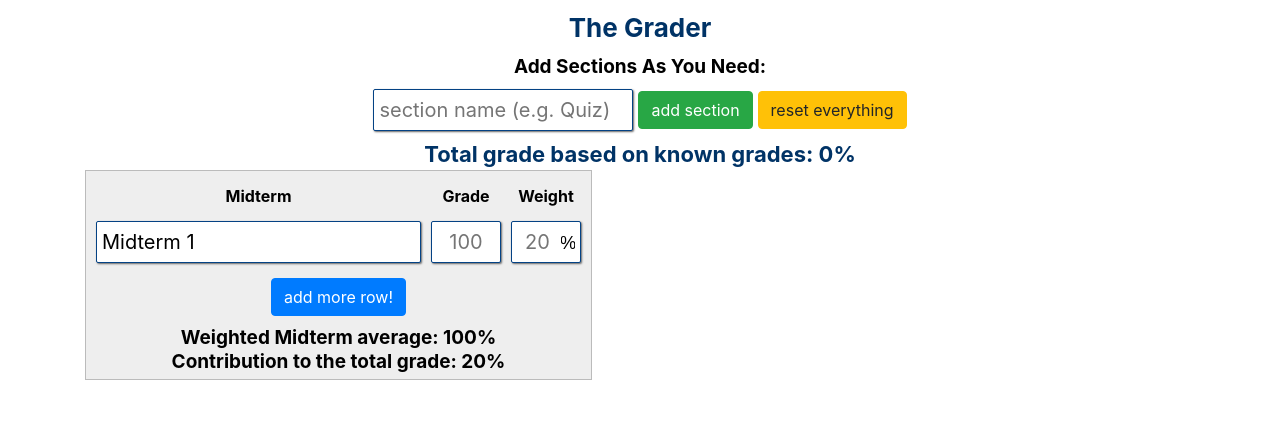
Repository: BarishNamazov/BarishNamazov.github.io
Page: thegrader/index.html
These files come from the project's save history. The page is drawn as it stood at one moment and after the next save; the edit follows.
The browser window is 1280 px wide. The pictures show the whole page.

Above is the page before, as saved 2020-10-31 19:48:37.

### thegrader/index.html
<!doctype html>
<html lang="en">
  <head>
    <meta charset="utf-8">
    <meta name="viewport" content="width=device-width, initial-scale=1, shrink-to-fit=no">

    <!-- Bootstrap CSS -->
    <link rel="stylesheet" href="https://cdn.jsdelivr.net/npm/bootstrap@4.5.3/dist/css/bootstrap.min.css" integrity="sha384-TX8t27EcRE3e/ihU7zmQxVncDAy5uIKz4rEkgIXeMed4M0jlfIDPvg6uqKI2xXr2" crossorigin="anonymous">

    <!-- Custon CSS -->
    <link rel="stylesheet" href="app.css">

    <title>The Grader</title>
  </head>
  <body>
    <div class="container">
      <div class="row">
        <div class="col-lg-12">
          <h1>The Grader</h1>

          <h3>Add Sections As You Need:</h3>

          <div class="divSectionAdder">
            <input type="text" class="sectionName" placeholder="section name (e.g. Quiz)"><button valign="center" class="btn btn-success sectionAdder" id="sectionAdder">add section</button><button style="margin-left: 5px" valign="center" class="btn btn-warning resetter">reset everything</button>
          </div>

          <div id="totalGrade">
            <h2>Total grade based on known grades: <span class="onlyKnownGrades">0</span>%</h2>
          </div>

          <table class="gradePanel">
            <tbody>
              <tr>
                <td>
                  <table>
                    <tbody>
                      <tr class="rowHeader">
                        <td class="tableHeader tableName"><strong>Midterm</strong></td>
                        <td class="tableHeader"><strong>Grade</strong></td>
                        <td class="tableHeader"><strong>Weight</strong></td>
                      </tr>
                      <tr>
                        <td><input type="text" class="gradeName" value="Midterm 1"></td>
                        <td><input type="text" class="gradeValue" placeholder="100"></td>
                        <td><input type="text" class="gradeWeight percentIcon" placeholder="20"></td>
                      </tr>
                    </tbody>
                  </table>

                  <div class="moreRows"></div>

                  <button class="btn btn-primary rowAdder" id="section1RowAdder">add more row!</button>

                  <div class="gradeBar">
                    <h3>
                      Weighted <span class="nameOfSection">Midterm</span> average: <span class="sectionAverage">100</span>%
                      <br>
                      Contribution to the total grade: <span class="sectionContribution">20</span>%
                      <div class="failSafe">
                        You might have some errors while entering the grades and weights as numbers. Those grades are ignored.
                      </div>
                    </h3>
                  </div>

                </td>
              </tr>
            </tbody>
          </table>
          <div class="moreSections"></div>
        </div>
      </div>
    </div>



    <script src="https://code.jquery.com/jquery-3.5.1.slim.min.js" integrity="sha384-DfXdz2htPH0lsSSs5nCTpuj/zy4C+OGpamoFVy38MVBnE+IbbVYUew+OrCXaRkfj" crossorigin="anonymous"></script>
    <script src="https://cdn.jsdelivr.net/npm/bootstrap@4.5.3/dist/js/bootstrap.bundle.min.js" integrity="sha384-ho+j7jyWK8fNQe+A12Hb8AhRq26LrZ/JpcUGGOn+Y7RsweNrtN/tE3MoK7ZeZDyx" crossorigin="anonymous"></script>
    <script src="https://code.jquery.com/jquery-3.5.1.min.js" integrity="sha256-9/aliU8dGd2tb6OSsuzixeV4y/faTqgFtohetphbbj0=" crossorigin="anonymous"></script>
    <script src="scripts.js"></script>
  </body>
</html>

### thegrader/app.css
body,p,td,div,input,th,li,textarea{font-size:16px;color:#000;}

body{background:#fff;margin:0px;padding:0px;border:0;text-align: center;}

h1 {
  text-align: center;
  color: blue;
}
.divSectionAdder{
  margin: 10px auto;
  display: flex;
  align-items: center;
  justify-content: center;
}
.sectionName{
  margin-right: 5px;
  width: 260px;
}
.gradePanel{
	background:#eee;
	border: solid 1px #bbbbbb;
  padding: 10px;
  margin-bottom: 10px;
  width: 40%;
}
.failSafe{
  color: rgb(122, 5, 5);
  display: none;
}
td{
  padding: 5px;
}

h1{color:#003366;font-size:26px;font-weight:bold;padding:0;margin:12px 0;}
#resulth1{background-color:#ffefe7;padding:0px 5px 0px 5px;border-top:#930 1px dotted;}
h2{font-size:22px;font-weight:bold;color:#003366;padding:0; margin-bottom: 2px;}
h3{font-size:19px;font-weight:bold;}
hr{border:0;color:#aaa;background-color:#aaa;height:1px;}
a{color:#069;text-decoration:underline;}
a:hover{text-decoration:none;}
input{padding: 5px;color:#000;}
select{padding: 4px;color:#000;}
option{font-size:16px;}
input[type=text],
input[type=number],
select {
	border: 1px solid #044284;
	border-radius: 2px;
	box-shadow: 1px 1px 2px #666;
	font-size:20px;
}

.tableHeader{
  text-align: center;
}
.rowHeader{
  height: 40px;
}
.gradeWeight, .gradeValue{
  text-align:center;
  width: 70px;
}
.percentIcon{
	background: white url('media/percent.svg') right 5px center no-repeat;
  padding-right: 22px;
}
.rowAdder{
  margin: 10px auto;
}
h3{
  display: inline;
}

### thegrader/scripts.js
var newRow = "<table><tbody><tr><td><input type=\"text\" class=\"gradeName\" value=\"Midterm X\" autocomplete=\"off\"></td><td><input type=\"text\" class=\"gradeValue\"></td><td><input type=\"text\" class=\"gradeWeight percentIcon\"></td></tr></tbody></table>\n ";

var newSection = "<table class=\"gradePanel\"> <tbody> <tr> <td> <table> <tbody> <tr class=\"rowHeader\"> <td class=\"tableHeader tableName\"><strong>Midterm</strong></td> <td class=\"tableHeader\"><strong>Grade</strong></td> <td class=\"tableHeader\"><strong>Weight</strong></td> </tr> <tr> <td><input type=\"text\" class=\"gradeName\" value=\"Midterm 1\" autocomplete=\"off\"></td> <td><input type=\"text\" class=\"gradeValue\" placeholder=\"100\"></td> <td><input type=\"text\" class=\"gradeWeight percentIcon\" placeholder=\"20\"></td> </tr> </tbody> </table> <div class=\"moreRows\"></div> <button class=\"btn btn-primary rowAdder\">add more row!</button>  <div class=\"gradeBar\"> <h3> Weighted <span class=\"nameOfSection\">Midterm</span> average: <span class=\"sectionAverage\">100</span>% <br> Contribution to the total grade: <span class=\"sectionContribution\">20</span>% <div class=\"failSafe\"> You might have some errors while entering the grades and weights as numbers. Those grades are ignored. </div> </h3> </div>  </td> </tr> </tbody> </table>";

$(".resetter").on("click", function(){
  location.reload(true);
});
$(".failSafe").hide();

if (!String.prototype.splice) {
  String.prototype.splice = function(start, delCount, newSubStr) {
      return this.slice(0, start) + newSubStr + this.slice(start + Math.abs(delCount));
  };
}

var sectionCount = 1;

function rowAdder(){
  var idx = $(this).parents(".gradePanel").find("table").length + 1;
  var namePanel = $(this).parents(".gradePanel").find(".tableName").text();
  var editedRow = newRow.replace("Midterm X", namePanel + " " + idx);
  $(this).parents(".gradePanel").find(".moreRows").before(editedRow);
  $(".gradeValue").change(updateSectionGrade);
  $(".gradeWeight").change(updateSectionGrade);
}
$(".rowAdder").on("click", rowAdder);

function sectionAdder(dir){
  var x = (typeof dir == "string") ? $(dir) : $(this);
  var sectionInputName = $(".sectionName").val();
  if (!sectionInputName) return;
  var editedSection = newSection.replaceAll("Midterm", sectionInputName);
  $(".moreSections").before(editedSection);
  $(".rowAdder").eq(sectionCount++).on("click", rowAdder);
  $(".sectionName").val(null);
  $(".gradeValue").change(updateSectionGrade);
  $(".gradeWeight").change(updateSectionGrade);
}


$(".sectionAdder").on("click", sectionAdder);
$(".sectionName").on("keypress", function(e) {
  if (e.which == 13) {
    sectionAdder(".sectionName");
  }
})

function updateSectionGrade() {
  var section = $(this).parents(".gradePanel");
  var grades = section.find(".gradeValue"), weights = section.find(".gradeWeight");
  var contribution = 0.0, failSafe = 0, weightSum = 0.0, sectionAverage = 0.0;
  section.find("input").attr("placeholder", "");
  for (var i = 0; i < grades.length; i++) {
    if (Number(grades[i].value) && Number(weights[i].value)) {
      weightSum += Number(weights[i].value);
      contribution += Number(grades[i].value) * Number(weights[i].value) / 100.0;
    } else if (isNaN(Number(grades[i].value)) || isNaN(Number(weights[i].value))) {
      failSafe = 1;
    }
  }
  for (var i = 0; i < grades.length; i++) {
    if (Number(grades[i].value) && Number(weights[i].value)) {
      sectionAverage += Number(grades[i].value) * Number(weights[i].value) / weightSum;
    }
  }
  if (failSafe) {
    section.find(".failSafe").show();
  } else {
    section.find(".failSafe").hide();
  }
  section.find(".sectionContribution").text(contribution.toFixed(2));
  section.find(".sectionAverage").text(sectionAverage.toFixed(2));
}
function calculateTotalGrade() {
  var grades = $(document).find("gradeValue"), weights = $(document).find("gradeWeight");
  var totalGrade = 0.0, failSafe = 0, weightSum = 0.0, onlyKnownGrades = 0.0;
  for (var i = 0; i < grades.length; i++) {
    if (Number(grades[i].value) && Number(weights[i].value)) {
      weightSum += Number(weights[i].value);
      totalGrade += Number(grades[i].value) * Number(weights[i].value) / 100.0;
    } else if (isNaN(Number(grades[i].value)) || isNaN(Number(weights[i].value))) {
      failSafe = 1;
    }
  }
  if (failSafe) {
    $("#totalGrade").find(".failSafe").show();
  } else {
    $("#totalGrade").find(".failSafe").hide();
  }
  for (var i = 0; i < grades.length; i++) {
    if (Number(grades[i].value) && Number(weights[i].value)) {
      onlyKnownGrades += Number(grades[i].value) * Number(weights[i].value) / weightSum;
    }
  }
  $("#totalGrade").find(".totalGrade").text(totalGrade.toFixed(2));
  $("#totalGrade").find(".onlyKnownGrades").text(onlyKnownGrades.toFixed(2));
}
$(".gradeValue").change(updateSectionGrade);
$(".gradeWeight").change(updateSectionGrade);

After the next save:
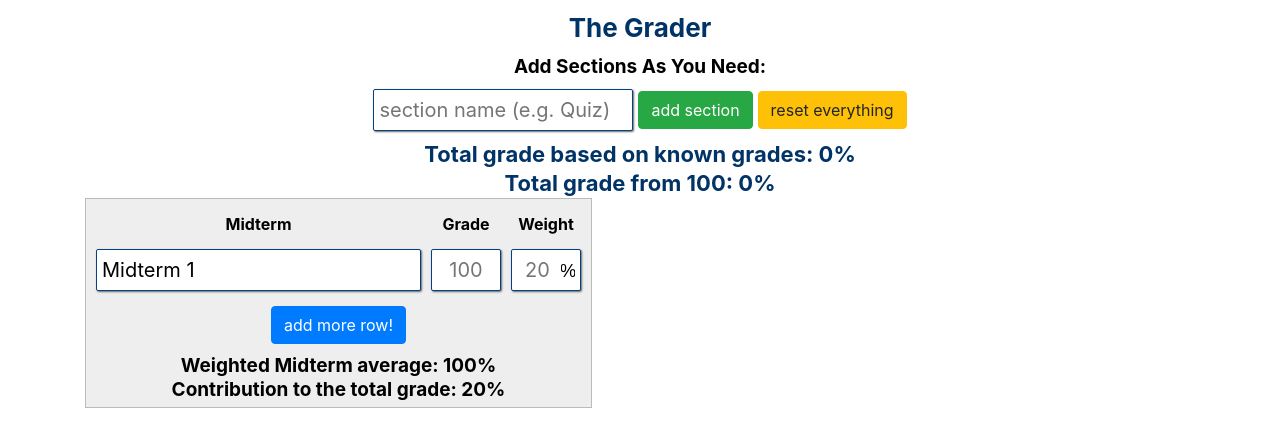
Saved 18 s later.
--- a/thegrader/index.html
+++ b/thegrader/index.html
@@ -26,6 +26,7 @@
 
           <div id="totalGrade">
             <h2>Total grade based on known grades: <span class="onlyKnownGrades">0</span>%</h2>
+            <h2>Total grade from 100: <span class="onlyKnownGrades">0</span>%</h2>
           </div>
 
           <table class="gradePanel">
